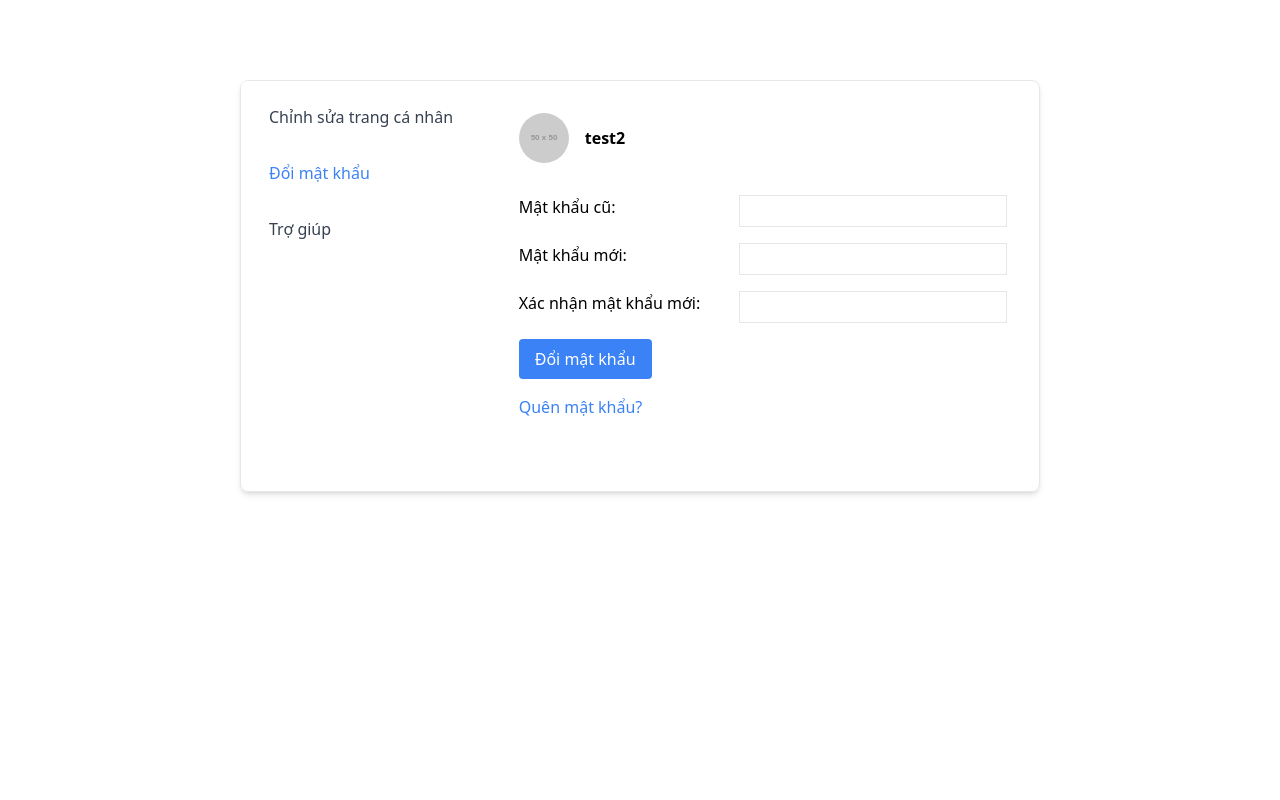
Repository: DangNgocDuong250903/2425_CS445AC_NHOM1
Page: /changepassword (app in social_fe/)
An editor plug-in stored every save of this project. The page is shown before and after a run of saves, followed by the edit.
The browser window is 1280 px wide. The pictures show the whole page.
The project was rebuilt for these pictures with package versions that can differ from the ones it lists, and the page was loaded fresh each time. Also part of the build but not shown: social_fe/vite.config.js, social_fe/src/components/Button/index.jsx, social_fe/src/assets/index.js, social_fe/src/components/FriendCard/index.jsx, social_fe/src/components/Loading/index.jsx, social_fe/src/components/PostCard/index.jsx, social_fe/src/components/ProfileCard/index.jsx, social_fe/src/components/TextInput/index.jsx and 9 more.

Above is the page before, as saved 2024-11-05 16:56:22.

### social_fe/index.html
<!DOCTYPE html>
<html lang="en">
  <head>
    <meta charset="UTF-8" />
    <link rel="icon" type="image/svg+xml" href="/public/logo.svg" />
    <meta name="viewport" content="width=device-width, initial-scale=1.0" />
    <title>LinkVerse</title>
  </head>
  <body>
    <div id="root"></div>
    <script type="module" src="/src/main.jsx"></script>
  </body>
</html>

### social_fe/src/main.jsx
import { StrictMode } from "react";
import { createRoot } from "react-dom/client";
import App from "./App.jsx";
import "./index.css";
import { store } from "./redux/store.js";
import { Provider } from "react-redux";
import { BrowserRouter } from "react-router-dom";

createRoot(document.getElementById("root")).render(
  <StrictMode>
    <Provider store={store}>
      <BrowserRouter>
        <App />
      </BrowserRouter>
    </Provider>
  </StrictMode>,
);

### social_fe/src/App.jsx
import { Outlet, Navigate, Route, Routes, useLocation } from "react-router-dom";
import {
  Home,
  Profile,
  Register,
  Login,
  ResetPassword,
  NotFound,
} from "./pages";
import { useSelector } from "react-redux";
import UpdateUser from "./pages/ProfilePage/updateUser";
import ChangePassword from "./pages/ProfilePage/ChangePassword";

const Layout = () => {
  const { user } = useSelector((state) => state.user);
  const location = useLocation();

  return user?.token ? (
    <Outlet />
  ) : (
    <Navigate to="/login" state={{ from: location }} replace />
  );
};

function App() {
  const { theme } = useSelector((state) => state.theme);

  return (
    <div data-theme={theme} className="w-full min-h-[100vh]">
      <Routes>
        <Route element={<Layout />}>
          <Route path="/" element={<Home />} />
          <Route path="/profile" element={<Profile />} />
          <Route path="/update_user" element={<UpdateUser />} />
          <Route path="/changepassword" element={<ChangePassword />} />




        </Route>

        <Route path="/register" element={<Register />} />
        <Route path="/login" element={<Login />} />
        <Route path="/reset-password" element={<ResetPassword />} />
        <Route path="*" element={<NotFound />} />
      </Routes>
    </div>
  );
}

export default App;

### social_fe/src/index.css
@tailwind base;
@tailwind components;
@tailwind utilities;

::-webkit-scrollbar {
    display: none;
     -ms-overflow-style: none;  /* IE and Edge */
    scrollbar-width: none;
  }

  .topbar{
  position: sticky;
  top: 0px;
  z-index: 49;
  }


  .dots-container {
    display: flex;
    align-items: center;
    justify-content: center;
    height: 100%;
    width: 100%;
    margin-bottom: 5px;
  }

  .dot {
    height: 12px;
    width: 12px;
    margin-right: 10px;
    border-radius: 10px;
    background-color: #fff;
    animation: pulse 1.5s infinite ease-in-out;
  }

  .dot:last-child {
    margin-right: 0;
  }

  .dot:nth-child(1) {
    animation-delay: -0.3s;
  }

  .dot:nth-child(2) {
    animation-delay: -0.1s;
  }

  .dot:nth-child(3) {
    animation-delay: 0.1s;
  }

  @keyframes pulse {
    0% {
      transform: scale(0.8);
      background-color: #b3d4fc;
      box-shadow: 0 0 0 0 rgba(178, 212, 252, 0.7);
    }

    50% {
      transform: scale(1.2);
      background-color: #4b79e4;
      box-shadow: 0 0 0 10px rgba(178, 212, 252, 0);
    }

    100% {
      transform: scale(0.8);
      background-color: #2584f8;
      box-shadow: 0 0 0 0 rgba(178, 212, 252, 0.7);
    }
  }

  @layer base {
    :root {
      --color-bg: 227 227 227;
      --color-primary: 255 255 255;
      --color-secondary:255 255 255;
      --color-ascent1: 0 0 0;
      --color-ascent2: 89 91 100;
      --color-blue: 6 90 216;
      --color-white: 255 255 255;

    }
    /* //15 23 42  21 30 49*/
    [data-theme="dark"] {
       --color-bg: 12 12 12;
       --color-primary: 31 31 31;
      --color-secondary: 47 45 48;
      --color-ascent1: 255 255 255;
      --color-ascent2: 164 161 162;
      --color-blue: 6 90 216;
      /* //16 176 255; */
      --color-white: 255 255 255;
    }
  }

### social_fe/src/redux/store.js
import { configureStore } from "@reduxjs/toolkit";

import { rootReducer } from "./reducer";

const store = configureStore({
  reducer: rootReducer,
});

const { dispatch } = store;

export { store, dispatch };

### social_fe/src/pages/index.js
import Home from "./HomePage";
import Login from "./LoginPage";
import NotFound from "./NotFoundPage";
import Profile from "./ProfilePage";
import Register from "./RegisterPage";
import ResetPassword from "./ResetPasswordPage";

export { Home, Login, NotFound, Profile, Register, ResetPassword };

### social_fe/src/pages/ProfilePage/ChangePassword.jsx
import React, { useState } from 'react';
import { Link, useNavigate } from 'react-router-dom';

const ChangePassword = () => {
    const [selectedLink, setSelectedLink] = useState(2);
    const navigate = useNavigate()
    const handleLinkClick = (linkIndex) => {
        setSelectedLink(linkIndex);
    };
    return (
        <div className="flex w-[800px] mx-auto mt-20 pb-10 border border-gray-200 shadow-md rounded-lg">
            <div className="w-1/3 p-4 bg-white rounded-md ">
                <ul className="flex flex-col ">

                    <Link
                        to="/update_user"
                        onClick={() => handleLinkClick(1)}
                        className={`mb-4 font-medium hover:bg-gray-200 px-3 py-2 rounded-lg hover:bg-gray-200 px-3 py-2 rounded-lg ${selectedLink === 1 ? 'text-blue-500' : 'text-gray-700'}`}
                    >
                        Chỉnh sửa trang cá nhân
                    </Link>


                    <Link
                        to="/changepassword"
                        onClick={() => handleLinkClick(2)}
                        className={`mb-4 font-medium hover:bg-gray-200 px-3 py-2 rounded-lg ${selectedLink === 2 ? 'text-blue-500' : 'text-gray-700'}`}
                    >
                        Đổi mật khẩu
                    </Link>

                    <Link

                        onClick={() => handleLinkClick(3)}
                        className={`mb-4 font-medium hover:bg-gray-200 px-3 py-2 rounded-lg ${selectedLink === 3 ? 'text-blue-500' : 'text-gray-700'}`}
                    >
                        Trợ giúp
                    </Link>
                </ul>
            </div>
            <div className="w-3/4 p-8">
                <div className="flex items-center mb-8">
                    <img src="https://placehold.co/50x50" alt="User avatar" className="mr-4 rounded-full" />
                    <span className="font-bold">test2</span>
                </div>
                <div className="flex gap-5 mb-4">
                    <label className="w-[200px] mb-2">Mật khẩu cũ:</label>
                    <input type="password" className="flex-1 px-2 border" />
                </div>
                <div className="flex gap-5 mb-4">
                    <label className="w-[200px] mb-2">Mật khẩu mới:</label>
                    <input type="password" className="flex-1 px-2 border" />
                </div>
                <div className="flex gap-5 mb-4">
                    <label className="w-[200px] mb-2">Xác nhận mật khẩu mới:</label>
                    <input type="password" className="flex-1 px-2 border" />
                </div>

                <button className="px-4 py-2 text-white bg-blue-500 rounded">Đổi mật khẩu</button>
                <div className="mt-4">
                    <a href="#" className="text-blue-500">Quên mật khẩu?</a>
                </div>
            </div>
        </div>
    );
};

export default ChangePassword;

### social_fe/src/redux/reducer.js
import { combineReducers } from "@reduxjs/toolkit";

import postSlice from "./Slices/postSlice";
import themeSlice from "./Slices/theme";
import userSlice from "./Slices/userSlice";

const rootReducer = combineReducers({
  user: userSlice,
  theme: themeSlice,
  posts: postSlice,
});

export { rootReducer };

### social_fe/src/redux/Slices/postSlice.js
import { createSlice } from "@reduxjs/toolkit";

const initialState = {
  posts: {},
};

const postSlice = createSlice({
  name: "post",
  initialState,
  reducers: {
    getPosts(state, action) {
      state.posts = action.payload;
    },
  },
});

export default postSlice.reducer;

export function SetPosts(post) {
  return (dispatch) => {
    dispatch(postSlice.actions.getPosts(post));
  };
}

### social_fe/src/redux/Slices/theme.js
import { createSlice } from "@reduxjs/toolkit";

const initialState = {
  theme: JSON.parse(window?.localStorage.getItem("theme")) ?? "dark",
};

const themeSlice = createSlice({
  name: "theme",
  initialState,
  reducers: {
    setTheme(state, action) {
      state.theme = action.payload;
      localStorage.setItem("theme", JSON.stringify(action.payload));
    },
  },
});

export default themeSlice.reducer;

export function SetTheme(value) {
  return (dispatch) => {
    dispatch(themeSlice.actions.setTheme(value));
  };
}

### social_fe/src/redux/Slices/userSlice.js
import { createSlice } from "@reduxjs/toolkit";

import { user } from "../../assets/data";

const initialState = {
  user: JSON.parse(window?.localStorage.getItem("user")) ?? user,
  edit: false,
};

const userSlice = createSlice({
  name: "user",
  initialState,
  reducers: {
    login(state, action) {
      state.user = action.payload;
      localStorage.setItem("user", JSON.stringify(action.payload));
    },
    logout(state) {
      state.user = null;
      localStorage?.removeItem("user");
    },
    updateProfile(state, action) {
      state.edit = action.payload;
    },
  },
});
export default userSlice.reducer;

export function UserLogin(user) {
  return (dispatch) => {
    dispatch(userSlice.actions.login(user));
  };
}

export function Logout() {
  return (dispatch) => {
    dispatch(userSlice.actions.logout());
  };
}

export function UpdateProfile(val) {
  return (dispatch) => {
    dispatch(userSlice.actions.updateProfile(val));
  };
}

### social_fe/tailwind.config.js
/** @type {import('tailwindcss').Config} */
export default {
  content: [
    "./index.html",
    "./src/**/*.{js,ts,jsx,tsx}",
  ],
  theme: {
    extend: {
      colors: {
        bgColor: "rgb(var(--color-bg) / <alpha-value>)",
        primary: "rgb(var(--color-primary) / <alpha-value>)",
        secondary: "rgb(var(--color-secondary) / <alpha-value>)",
        customBlue: "rgb(var(--color-blue) / <alpha-value>)",
        white: "rgb(var(--color-white) / <alpha-value>)",
        ascent: {
          1: "rgb(var(--colorgit-ascent1) / <alpha-value>)",
          2: "rgb(var(--color-ascent2) / <alpha-value>)",
        },
      },
      screens: {
        sm: "640px",

        md: "768px",

        lg: "1024px",

        xl: "1280px",

        "2xl": "1536px",
      },
      extend: {
      },
    },
    plugins: [],
  }
}

Loaded but not shown: social_fe/src/assets/data.js (508 lines, source omitted)

After the next 2 saves:
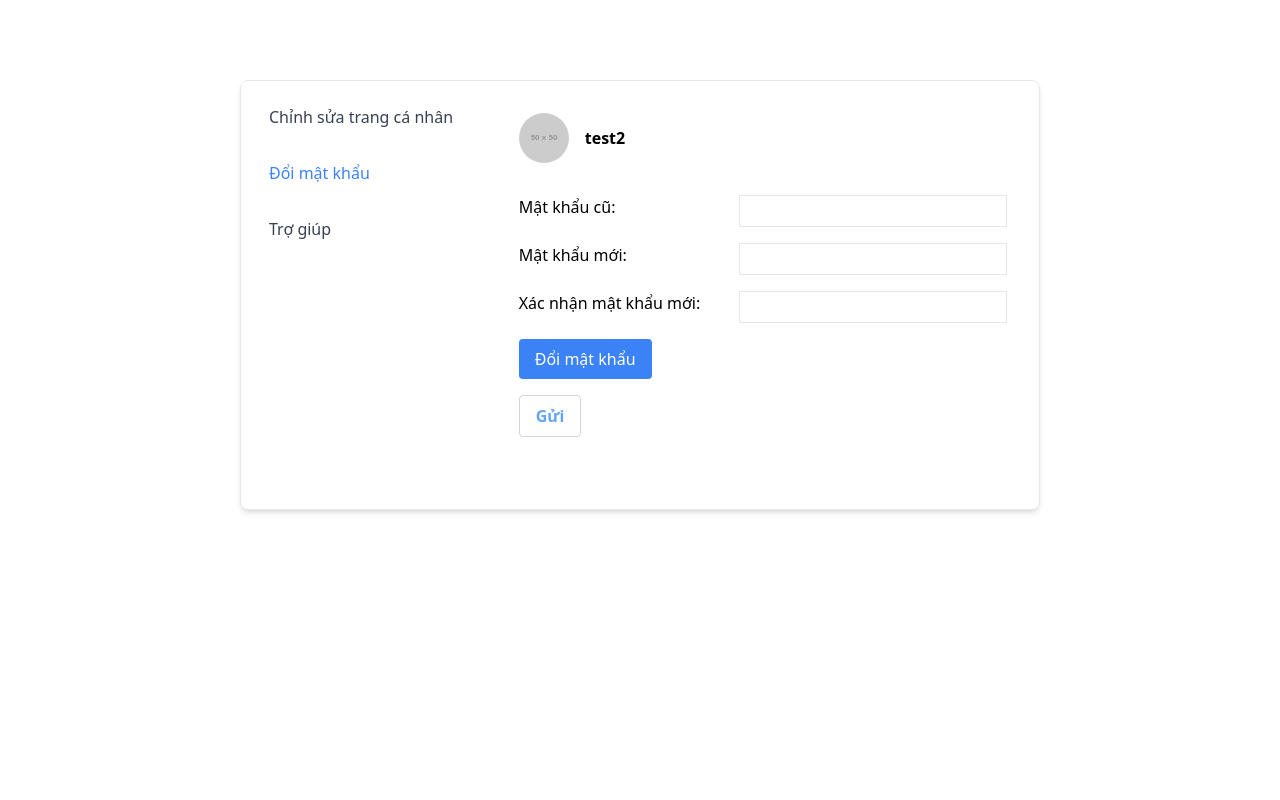
The 2 saves are shown as one change because they came seconds apart.
The last was saved 29 s later.
--- a/social_fe/src/pages/ProfilePage/ChangePassword.jsx
+++ b/social_fe/src/pages/ProfilePage/ChangePassword.jsx
@@ -58,7 +58,7 @@ const ChangePassword = () => {
 
                 <button className="px-4 py-2 text-white bg-blue-500 rounded">Đổi mật khẩu</button>
                 <div className="mt-4">
-                    <a href="#" className="text-blue-500">Quên mật khẩu?</a>
+                    <button type="submit" className="px-4 py-2 mr-4 font-semibold text-blue-400 bg-transparent border border-gray-300 rounded hover:text-white hover:bg-blue-400">Gửi</button>
                 </div>
             </div>
         </div>
